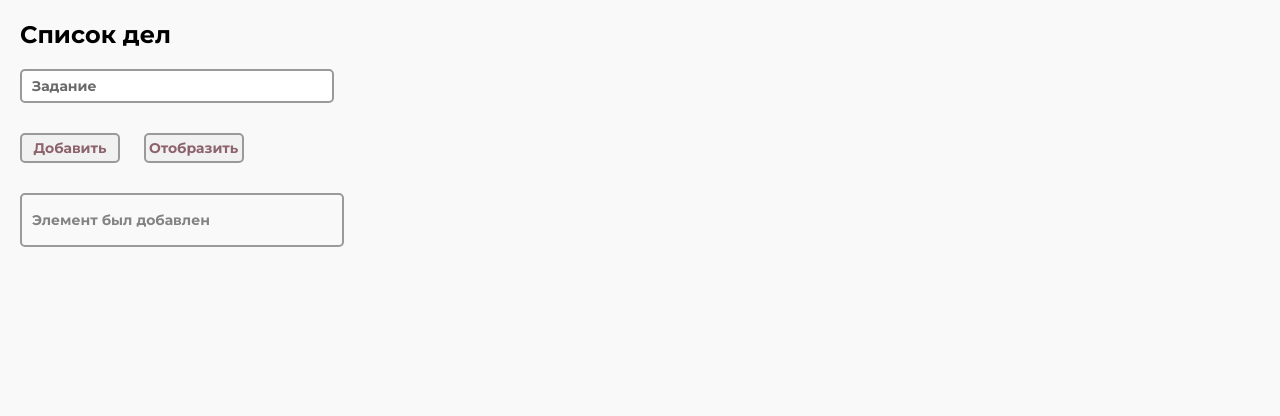
Repository: andbaik/it_unit9
Page: index.html
An editor plug-in stored every save of this project. The page is shown before and after a run of saves, followed by the edit.
The browser window is 1280 px wide. The pictures show the whole page.
After loading, the first visible `#add_btn` was clicked once.

Above is the page before, as saved 2021-04-10 22:42:30.

### index.html
<!DOCTYPE html>
<html lang="ru">
<head>
    <meta charset="UTF-8">
    <meta http-equiv="X-UA-Compatible" content="IE=edge">
    <meta name="viewport" content="width=device-width, initial-scale=1.0">
    <title>Список дел</title>
    <link rel="stylesheet" href="/css/style.css">
</head>
<body>

    <head>
        <h1>Список дел</h1>
    </head>
    <section>
        <input type="text" name="task" id="task" value="Задание">
        <div class="btn-block">
        <button id="add_btn" class="add-task btn">Добавить</button>
        <button id="show_btn" class="show-task btn">Отобразить</button>
        </div>
        <div id="result"> Элемент был добавлен</div>
    </section>
    <script src="https://ajax.googleapis.com/ajax/libs/jquery/3.6.0/jquery.min.js"></script>
    <script>

        $("#add_btn").on('click',function(){
            let task = $("input").val()

            $("#result").css("display", "block");
            setTimeout( function(){$("#result").hide()}, 2000);
            $('<div>').attr({'class':'add_item'}).insertAfter ("#result");

        });
    </script>
</body>
</html>

### css/style.css
@import url('https://fonts.googleapis.com/css2?family=Montserrat:wght@400;700&display=swap');

* {
    margin: 0;
    padding: 0;
    font-family: 'Montserrat', sans-serif;
    font-size: 14px;
}

body {
    margin: 20px;
    background-color: #FAF9FA;

}

h1 {
    font-size: 24px;
}

input {
    width: 300px;
    height: 30px;
    border: 2px solid #9B9A9B;
    border-radius: 5px;
    color: #6B6A6B;
    outline: none;
    padding-left: 10px;
    font-weight: 700;
    margin: 20px 0;
}

input:focus{
    border-color: #8C636B;
    color: #8C636B;
}

section .btn-block{
    margin: 10px 0;
}

.btn {
    width: 100px;
    height: 30px;
    background-color: #F2F1F2;
    color: #8C636B;
    border: 2px solid #9B9A9B;
    border-radius: 5px;
    font-weight: 700;
    outline: none;

}

.btn:hover {
    border-color: rgb(151, 24, 24);
    background-color: #8C636B;
    color: white;
}

.show-task{
    margin-left: 20px;
}

#result {
    width: 300px;
    height: 30px;
    border: 2px solid #9B9A9B;
    border-radius: 5px;
    line-height: 30px;
    font-weight: 700;
    color: #848384;
    padding: 10px;
    margin: 30px 0;
    display:none;
}

.add-el{
    color: #5C5B5C;
}

.add_item {

}

After the next 3 saves:
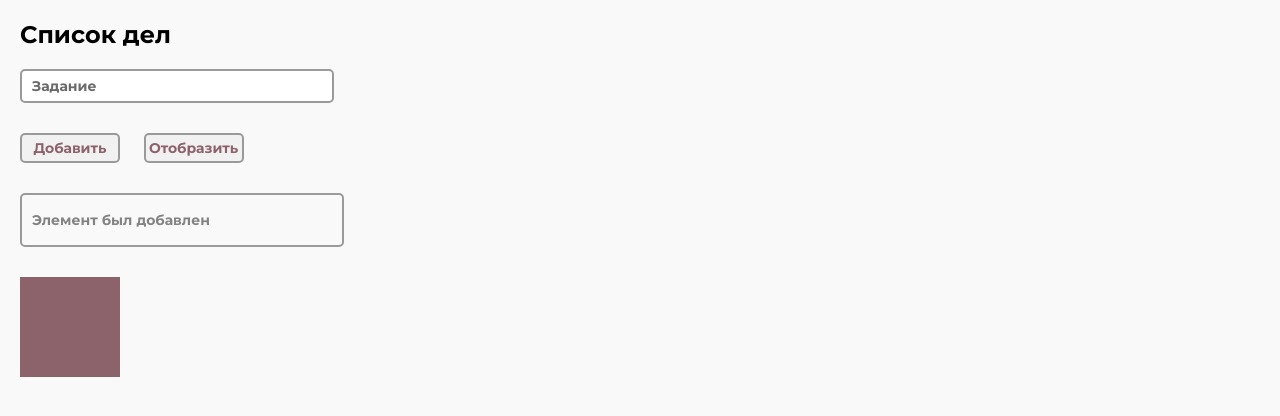
The 3 saves are shown as one change because they came seconds apart.
The last was saved 24 s later.
--- a/css/style.css
+++ b/css/style.css
@@ -78,5 +78,7 @@ section .btn-block{
 }
 
 .add_item {
-
+    width: 100px;
+    height: 100px;
+    background-color: #8C636B;
 }
